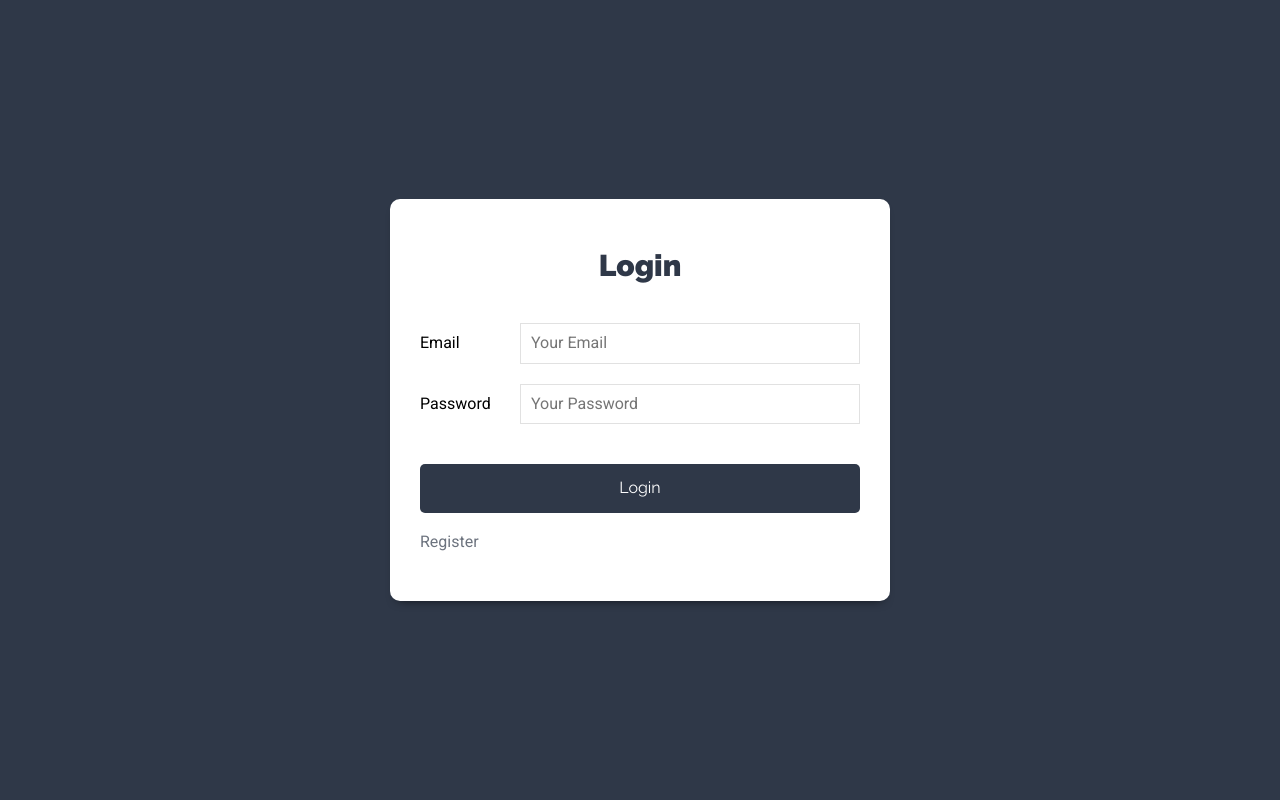
Repository: ppfeliuu/MERN-Task-Client
Page: /new-account
The author's editor kept a copy of each file at every save. The page is drawn from the files as they stood at one save, then again after the next save.
The browser window is 1280 px wide. The pictures show the whole page.
The project was rebuilt for these pictures with package versions that can differ from the ones it lists, and the page was loaded fresh each time. Also part of the build but not shown: src/components/auth/Login.js, src/components/projects/Projects.js.

Above is the page before, as saved 2020-02-13 19:26:09.

### src/App.js
import React from 'react';
import { BrowserRouter as Router, Switch, Route } from 'react-router-dom';
import Login from './components/auth/Login';
import NewAccount from './components/auth/NewAccount';
import Projects from './components/projects/Projects';

function App() {
  return (
    <Router>
      <Switch>
        <Route exact path="/" component={Login} />
        <Route exact path="/new-account" component={NewAccount} />
        <Route exact path="/projects" component={Projects} />
      </Switch>
    </Router>
  );
}

export default App;

### src/components/auth/NewAccount.js
import React, { useState } from "react";
import { Link } from 'react-router-dom';

const NewAccount = () => {
  //State login
  const [user, setUser] = useState({
    email: "",
    password: ""
  });

  const { email, password} = user;

  const onChange = e => {
      setUser({
          ...user,
          [e.target.name]: e.target.value
      })
  };

  const onSubmit = e => {
      e.preventDefault();

      //Validate no empty fields

      //Pass to action

  }


  return (
    <div className="form-usuario">
      <div className="contenedor-form sombra-dark">
        <h1>Login</h1>
        <form onSubmit={onSubmit}>
          <div className="campo-form">
            <label htmlFor="email">Email</label>
            <input
              type="email"
              id="email"
              name="email"
              value={email}
              placeholder="Your Email"
              onChange={onChange}
            />
          </div>

          <div className="campo-form">
            <label htmlFor="password">Password</label>
            <input
              type="password"
              id="password"
              name="password"
              value={password}
              placeholder="Your Password"
              onChange={onChange}
            />
          </div>

          <div className="campo-form">
            <input
              type="submit"
              className="btn btn-primario btn-block"
              value="Login"
            />
          </div>
        </form>
        <Link to={'/new-account'} className="enlace-cuenta">Register</Link>
      </div>
    </div>
  );
};

export default NewAccount;

Loaded but not shown: public/index.html (common file); src/index.js (common file); src/index.css (common file); src/serviceWorker.js (common file)

After the next save:
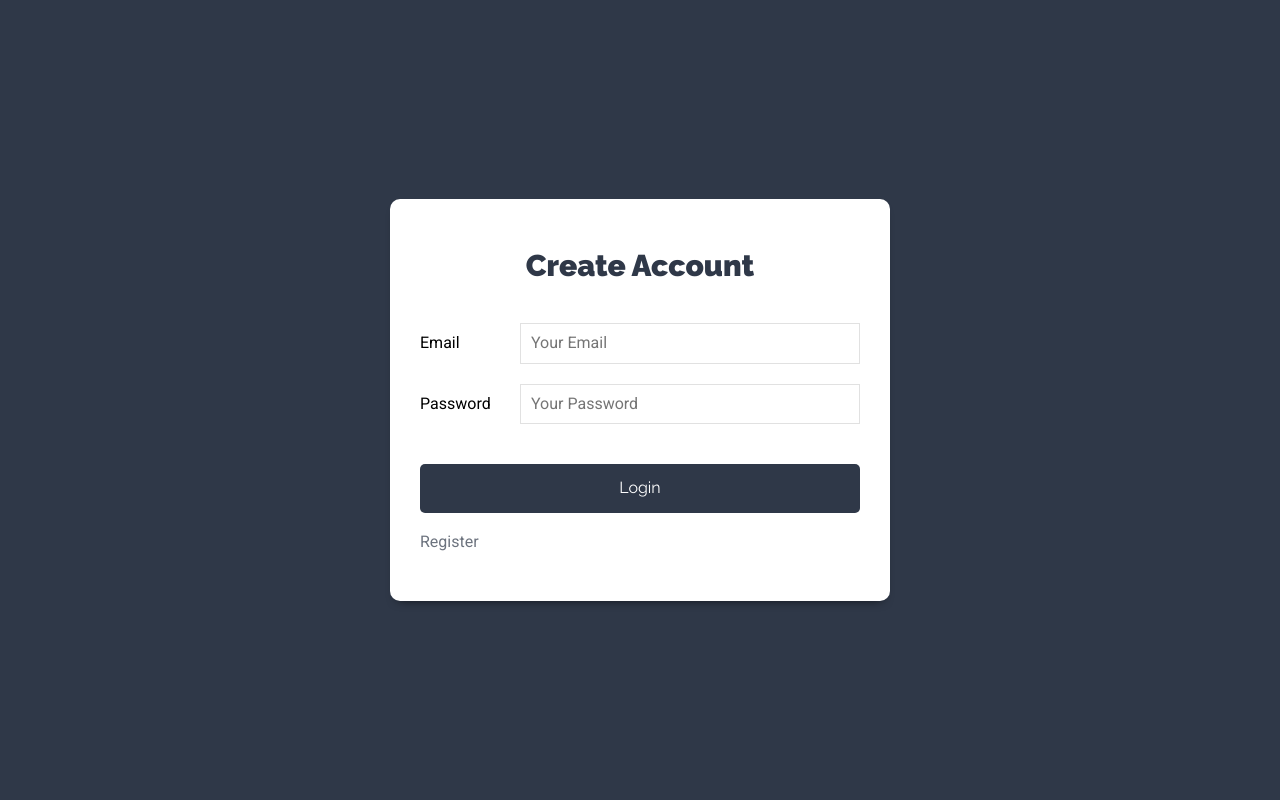
Saved 32 s later.
--- a/src/components/auth/NewAccount.js
+++ b/src/components/auth/NewAccount.js
@@ -30,7 +30,7 @@ const NewAccount = () => {
   return (
     <div className="form-usuario">
       <div className="contenedor-form sombra-dark">
-        <h1>Login</h1>
+        <h1>Create Account</h1>
         <form onSubmit={onSubmit}>
           <div className="campo-form">
             <label htmlFor="email">Email</label>
